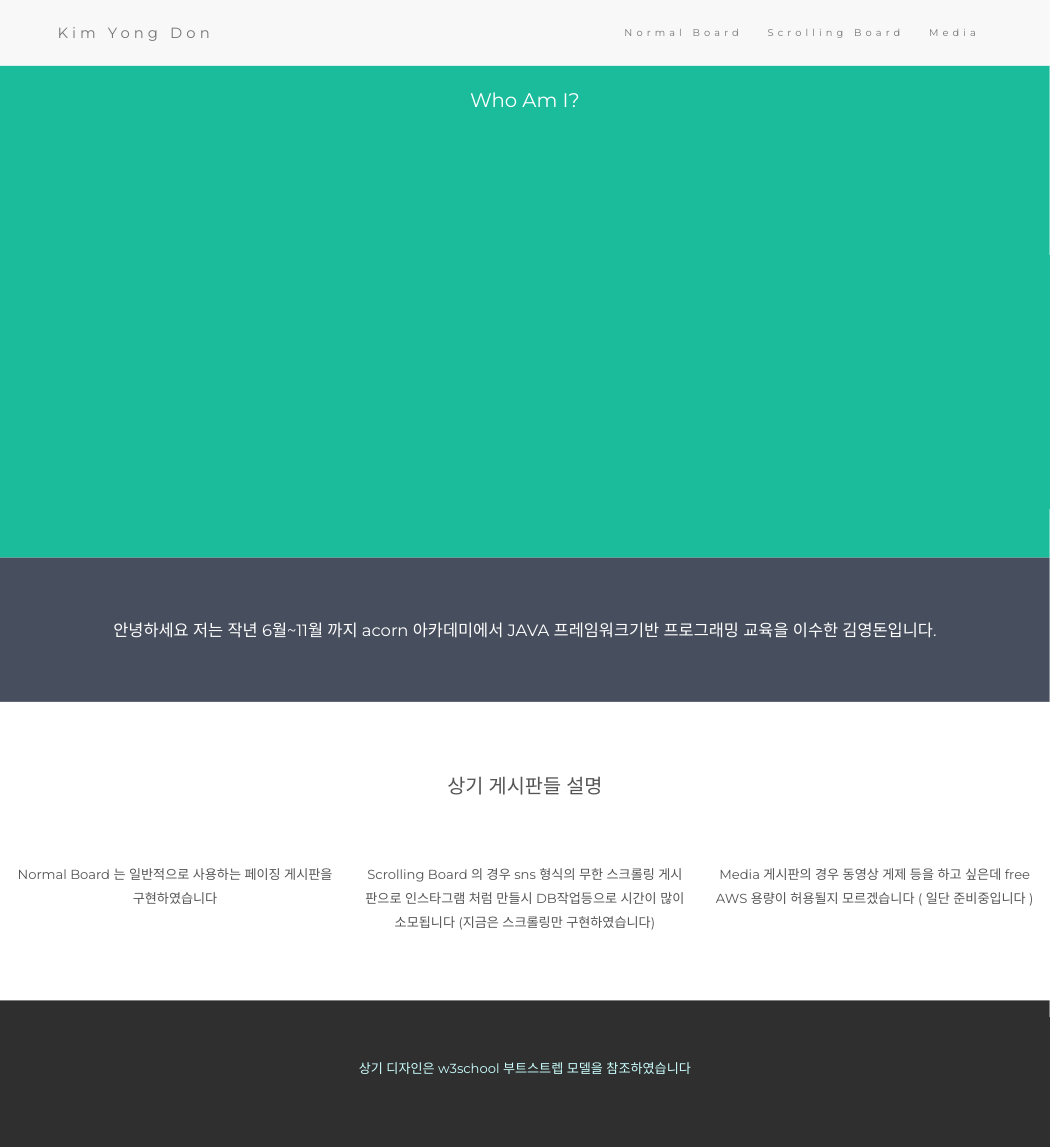
Repository: jjjikolpp/Developer
Page: http://localhost/myProject/demo.jsp
The author's editor kept a copy of each file at every save. The page is drawn from the files as they stood at one save, then again after a run of saves.
The browser window is 1280 px wide. The pictures show the whole page, at 82% of full size.
After loading, the first visible `a[onclick="normalBoard();"]` was clicked once.
Some web libraries are served in a nearby version. The page is served by Tomcat 9.

Above is the page before, as saved 2017-03-02 23:46:56.
Console error: SyntaxError: missing ) after argument list

After the next 2 saves:
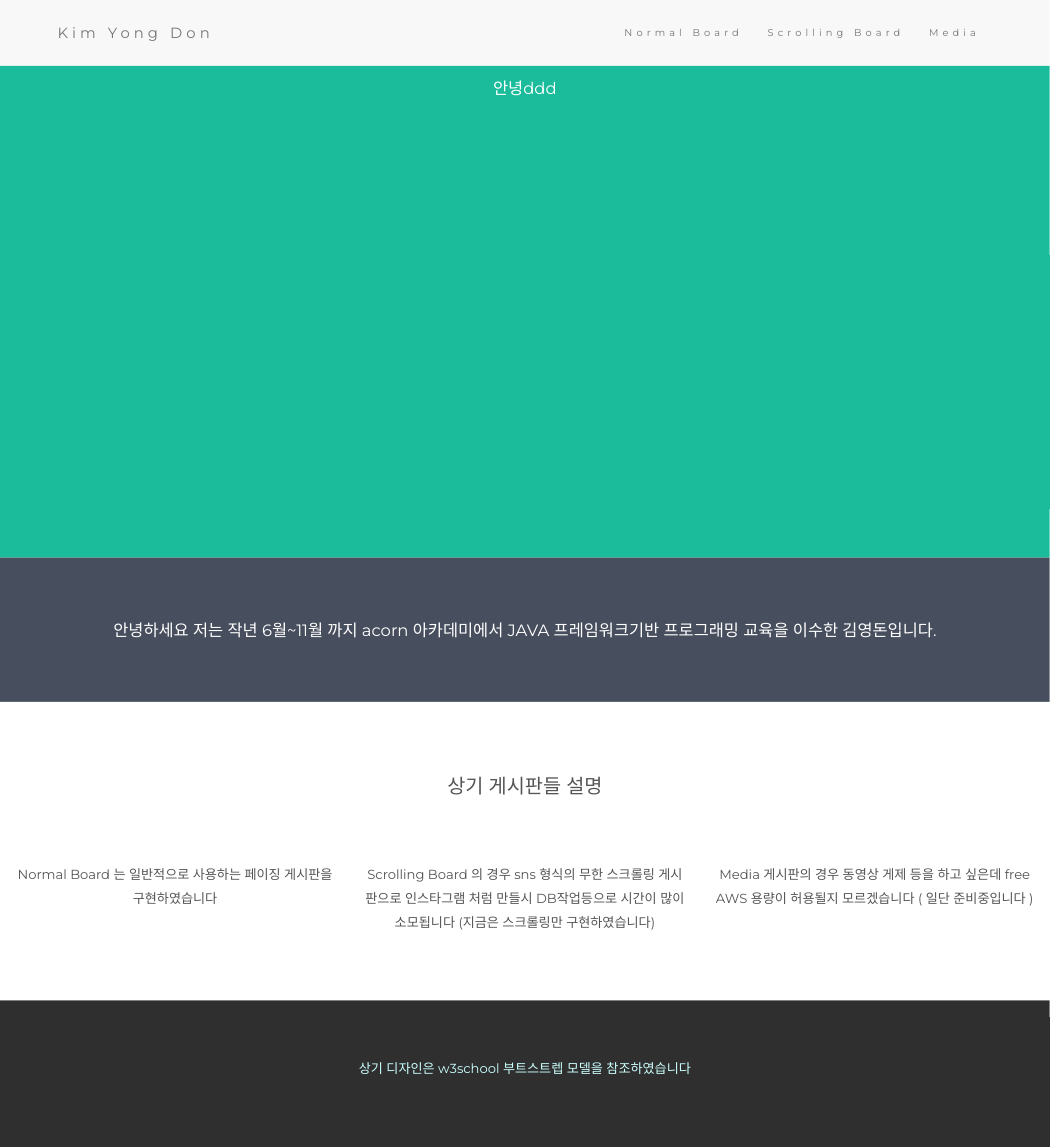
The error is gone.
The 2 saves are shown as one change because they came seconds apart.
The last was saved 8 s later.
--- a/myProject/src/main/webapp/demo.jsp
+++ b/myProject/src/main/webapp/demo.jsp
@@ -13,14 +13,11 @@
   <script src="https://ajax.googleapis.com/ajax/libs/jquery/3.1.1/jquery.min.js"></script>
   <script src="https://maxcdn.bootstrapcdn.com/bootstrap/3.3.7/js/bootstrap.min.js"></script>
   <script type="text/javascript">
-  $(document).ready( function() {
 
-		$("#contents").load("testContents.html")
-  }
   	function normalBoard(){
   		alert("dd");
   		$("#First_Container").empty();
-  		$("#First_Containe").load("include.jsp");
+  		$("#First_Container").load("include.jsp");
 
 
 
